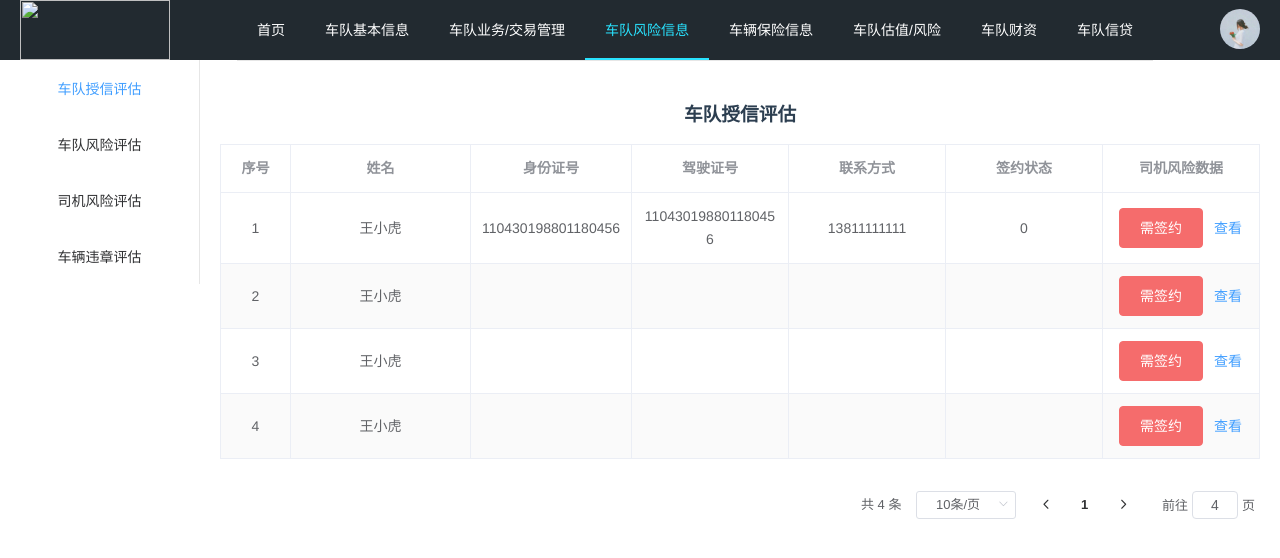
Repository: TheWomanLiketheWind/woodpecker
Page: /
An editor plug-in stored every save of this project. The page is shown before and after the next save, followed by the edit.
The browser window is 1280 px wide. The pictures show the whole page.
The project was rebuilt for these pictures with package versions that can differ from the ones it lists, and the page was loaded fresh each time. Also part of the build but not shown: src/views/menuThird.vue.

Above is the page before, as saved 2019-07-25 21:08:44.

### public/index.html
<!DOCTYPE html>
<html lang="en">
  <head>
    <meta charset="utf-8">
    <meta http-equiv="X-UA-Compatible" content="IE=edge">
    <meta name="viewport" content="width=device-width,initial-scale=1.0">
    <link rel="icon" href="<%= BASE_URL %>favicon.ico">
    <title>woodpecker</title>
  </head>
  <body>
    <noscript>
      <strong>We're sorry but woodpecker doesn't work properly without JavaScript enabled. Please enable it to continue.</strong>
    </noscript>
    <div id="app"></div>
    <!-- built files will be auto injected -->
  </body>
</html>

### src/App.vue
<template>
  <div id="app">
    <router-view />
  </div>
</template>

<style lang="scss">
#app {
  font-family: "Avenir", Helvetica, Arial, sans-serif;
  -webkit-font-smoothing: antialiased;
  -moz-osx-font-smoothing: grayscale;
  text-align: center;
  color: #2c3e50;
  .el-header {
    display: flex;
    justify-content: space-between;
    align-items: center;
  }
}
#nav {
  padding: 30px;
  a {
    font-weight: bold;
    color: #2c3e50;
    &.router-link-exact-active {
      color: #42b983;
    }
  }
}
body {
  margin: 0;
}
</style>

### src/router.ts
import Vue from 'vue'
import Router from 'vue-router'
import Home from './views/Home.vue'
Vue.use(Router)

export default new Router({
  mode: 'history',
  base: process.env.BASE_URL,
  routes: [
    {
      path: '/',
      name: 'home',
      component: Home,
      children: [
        {
          path: '/',
          name: 'menuSecond',
          children: [
            {
              path: '/',
              name: 'menuThird',
              component: () =>
                import(/* webpackChunkName: "about" */ './views/menuThird.vue')
            }
          ],
          component: () =>
            import(/* webpackChunkName: "about" */ './views/menuSecond.vue')
        }
      ]
    }
  ]
})

### src/views/Home.vue
<template>
  <el-container>
    <el-header class="headerAll">
      <img src=""
           class="headImage">
      <el-menu :default-active="activeIndex"
               class="el-menu-demo"
               mode="horizontal"
               background-color="#222a30"
               text-color="#fff"
               active-text-color="#29e2fe"
               @select="handleSelect">
        <el-menu-item v-for="(item, index) in menuList"
                      :key="index"
                      :index="item.index"
                      v-on:listenToChildEvent="menuClick">{{item.name}}</el-menu-item>
      </el-menu>

      <el-dropdown>
        <img src="../assets/headImage.jpg"
             class="drophead" />
        <el-dropdown-menu slot="dropdown">
          <el-dropdown-item>个人信息</el-dropdown-item>
          <el-dropdown-item>退出</el-dropdown-item>
        </el-dropdown-menu>
      </el-dropdown>
    </el-header>
    <!-- <router-link to="/menuSecond">点击跳转</router-link> -->
    <router-view />
  </el-container>
</template>

<script lang="ts">
import { Component, Vue } from "vue-property-decorator";

@Component({
  components: {}
})
export default class Home extends Vue {
  data() {
    return {
      activeIndex: "4",
      menuList: [
        {
          name: "首页",
          index: "1",
          link: ""
        },
        {
          name: "车队基本信息",
          index: "2",
          link: ""
        },
        {
          name: "车队业务/交易管理",
          index: "3",
          link: ""
        },
        {
          name: "车队风险信息",
          index: "4",
          link: ""
        },
        {
          name: "车辆保险信息",
          index: "5",
          link: ""
        },
        {
          name: "车队估值/风险",
          index: "6",
          link: ""
        },
        {
          name: "车队财资",
          index: "7",
          link: ""
        },
        {
          name: "车队信贷",
          index: "8",
          link: ""
        }
      ]
    };
  }

  private handleSelect(key: any, keyPath: any) {
    console.log(key, keyPath);
  }

  menuClick(data: any) {
    this.$router.push(data);
  }
}
</script>

<style lang="scss">
.headerAll {
  background: #222a30;
  .headImage {
    width: 150px;
    height: 100%;
    border: 0;
  }
  .drophead {
    width: 40px;
    height: 40px;
    border-radius: 50%;
  }
}
</style>

### src/views/menuSecond.vue
<template>
  <el-container>

    <el-aside width="200px">
      <el-menu :default-active="defaultActive"
               class="el-menu-vertical-demo"
               @select="handleSelect">
        <el-menu-item v-for="(item, index) in filesList.navigeList"
                      :key="index"
                      :index="item.index">
          <span slot="title">{{item.name}}</span>
        </el-menu-item>
      </el-menu>
    </el-aside>
    <el-main>
      <h3>{{filesList.navigeList[this.selectIndex].name}}</h3>
      <el-table :data="tableData"
                border
                stripe
                style="width: 100%">
        <el-table-column type="index"
                         label="序号"
                         width="70"
                         align="center">
        </el-table-column>
        <el-table-column prop="name"
                         label="姓名"
                         width="180"
                         align="center" />
        <el-table-column prop="cardId"
                         label="身份证号"
                         align="center" />
        <el-table-column prop="driveId"
                         label="驾驶证号"
                         align="center" />
        <el-table-column prop="tel"
                         label="联系方式"
                         align="center" />
        <el-table-column prop="signType"
                         label="签约状态"
                         align="center" />
        <el-table-column label="司机风险数据"
                         align="center">
          <template>
            <el-button type="danger">需签约</el-button>
            <el-button type="text">查看</el-button>
          </template>
        </el-table-column>
      </el-table>
      <el-pagination @size-change="handleSizeChange"
                     @current-change="handleCurrentChange"
                     :current-page="currentPage4"
                     :page-sizes="[10, 20, 50, 100]"
                     :page-size="10"
                     layout="total, sizes, prev, pager, next, jumper"
                     :total="tableData.length">
      </el-pagination>
    </el-main>
  </el-container>

</template>

<script lang="ts">
import Vue from "vue";
import files from "../jsonFile";

export default Vue.extend({
  data() {
    return {
      filesList: files,
      selectIndex: 0,
      defaultActive: "1",
      currentPage4: 4,
      tableData: [
        {
          name: "王小虎",
          cardId: "110430198801180456",
          driveId: "110430198801180456",
          tel: "13811111111",
          signType: 0
        },
        {
          date: "2016-05-04",
          name: "王小虎",
          address: "上海市普陀区金沙江路 1517 弄"
        },
        {
          date: "2016-05-01",
          name: "王小虎",
          address: "上海市普陀区金沙江路 1519 弄"
        },
        {
          date: "2016-05-03",
          name: "王小虎",
          address: "上海市普陀区金沙江路 1516 弄"
        }
      ]
    };
  },
  methods: {
    handleSelect(key: String) {
      this.selectIndex = Number(key) - 1;
    },
    handleSizeChange(val: Number) {
      console.log(`每页 ${val} 条`);
    },
    handleCurrentChange(val: Number) {
      console.log(`当前页: ${val}`);
    }
  }
});
</script>


<style lang="scss">
.el-pagination {
  margin-top: 30px;
  float: right;
}
</style>

### src/jsonFile.ts
const fileObject = {
  navigeList: [
    {
      name: '车队授信评估',
      index: '1'
    },
    {
      name: '车队风险评估',
      index: '2'
    },
    {
      name: '司机风险评估',
      index: '3'
    },
    {
      name: '车辆违章评估',
      index: '4'
    }
  ]
}

export default fileObject

Loaded but not shown: src/main.ts (common file); src/store.ts (common file)

After the next save:
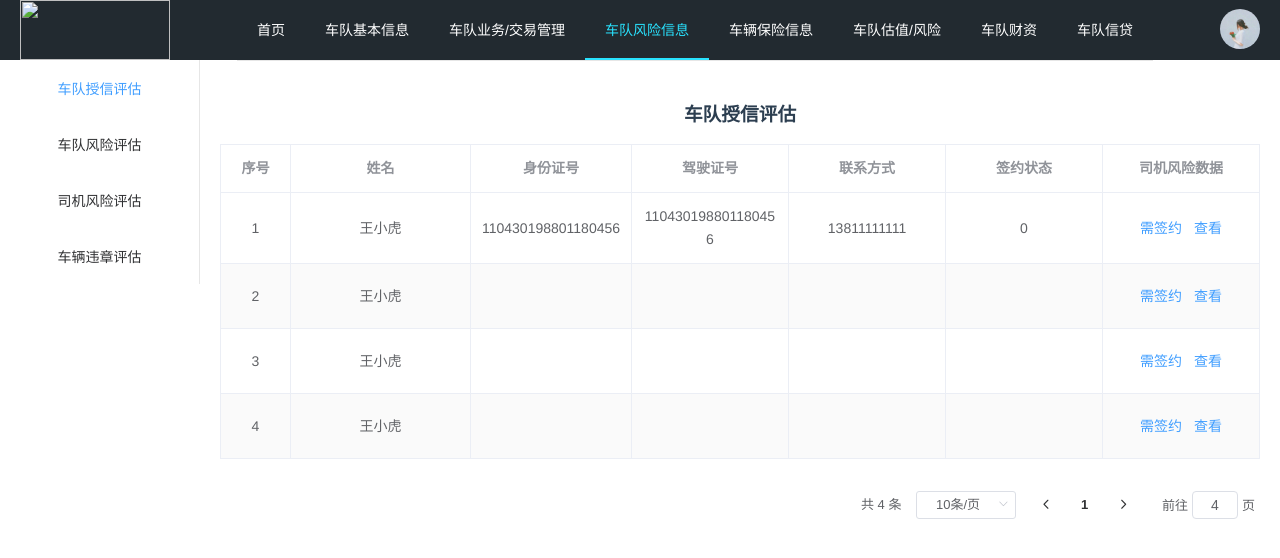
Saved 21 s later.
--- a/src/views/menuSecond.vue
+++ b/src/views/menuSecond.vue
@@ -42,7 +42,7 @@
         <el-table-column label="司机风险数据"
                          align="center">
           <template>
-            <el-button type="danger">需签约</el-button>
+            <el-button type="text">需签约</el-button>
             <el-button type="text">查看</el-button>
           </template>
         </el-table-column>
